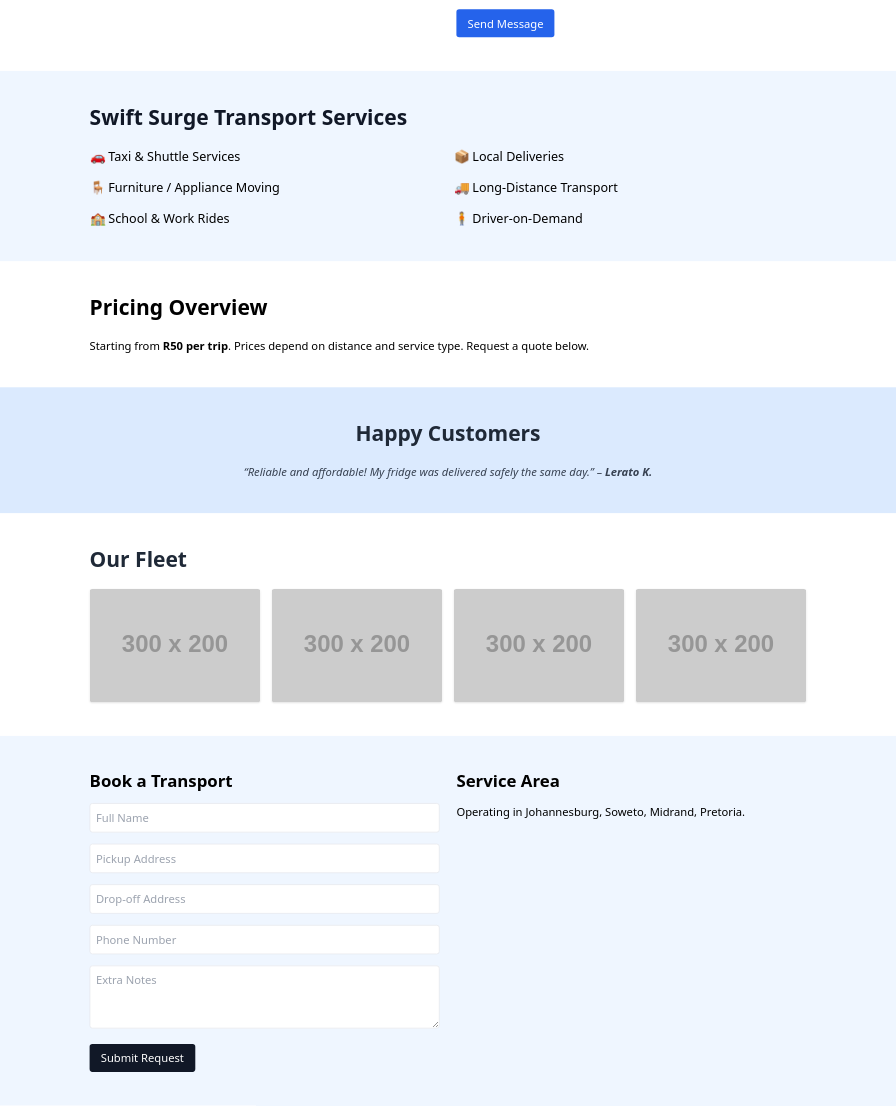
Repository: The-man-of-books/Transport-and-Gym
Page: kkk.html
An editor plug-in stored every save of this project. The page is shown before and after the next save, followed by the edit.
The browser window is 1280 px wide. The pictures show the part of the page from y = 2105 to 4025 px (the page is 3685 px tall before and 4025 px after), at 70% of full size.
Pictures or frames that could not be fetched are drawn as grey boxes. Some web libraries are served in a nearby version.

Above is the page before, as saved 2025-07-14 18:34:04.

After the next save:
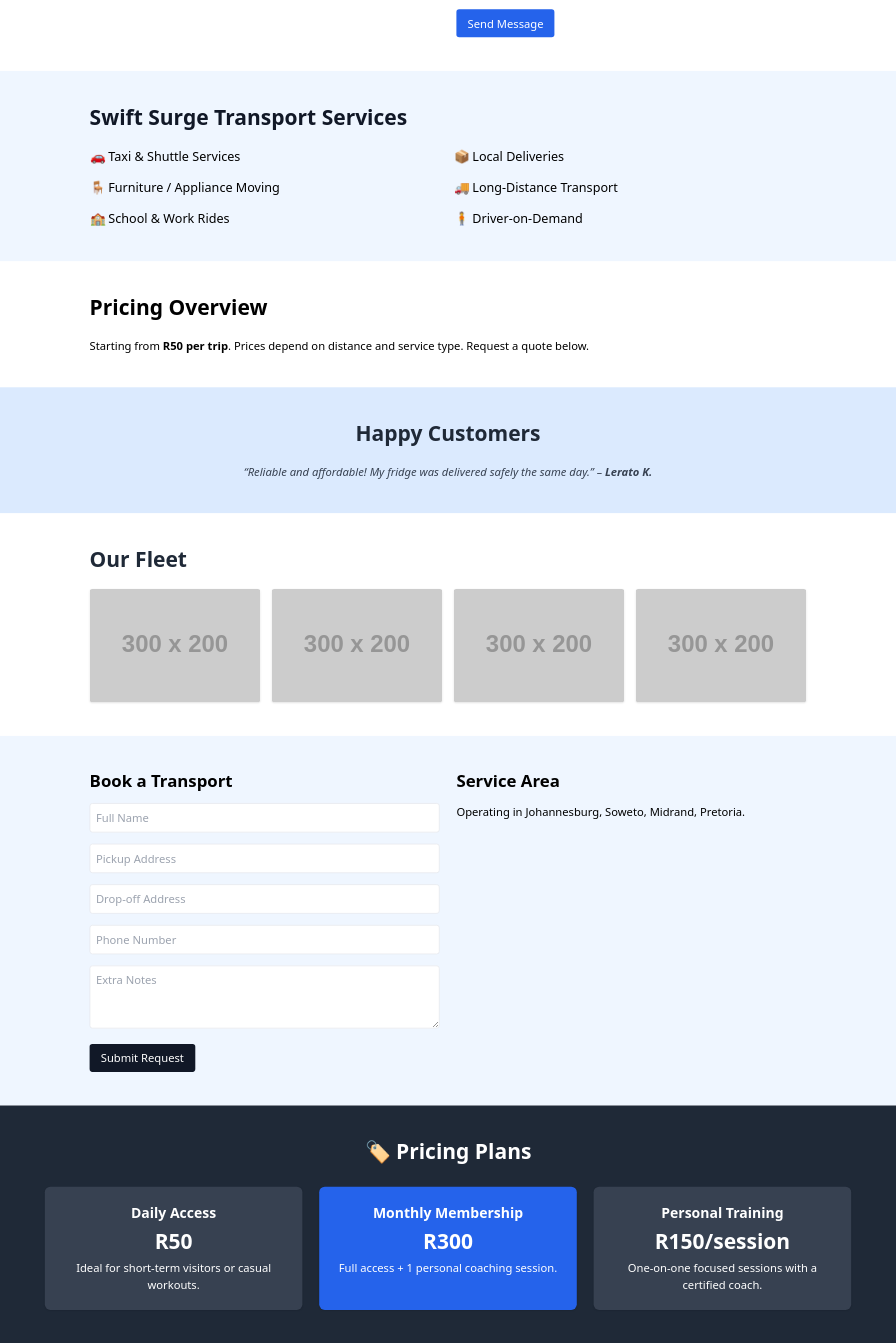
Saved 9 min 11 s later.
--- a/kkk.html
+++ b/kkk.html
@@ -183,6 +183,29 @@
     </div>
   </section>
 
+  <section id="gym-pricing" class="bg-gray-800 text-white py-12 px-6">
+  <div class="max-w-6xl mx-auto">
+    <h2 class="text-3xl font-bold mb-8 text-center">🏷️ Pricing Plans</h2>
+    <div class="grid grid-cols-1 sm:grid-cols-3 gap-6">
+      <div class="bg-gray-700 p-6 rounded-lg shadow text-center">
+        <h3 class="text-xl font-semibold mb-2">Daily Access</h3>
+        <p class="text-3xl font-bold mb-2">R50</p>
+        <p>Ideal for short-term visitors or casual workouts.</p>
+      </div>
+      <div class="bg-blue-600 p-6 rounded-lg shadow text-center">
+        <h3 class="text-xl font-semibold mb-2">Monthly Membership</h3>
+        <p class="text-3xl font-bold mb-2">R300</p>
+        <p>Full access + 1 personal coaching session.</p>
+      </div>
+      <div class="bg-gray-700 p-6 rounded-lg shadow text-center">
+        <h3 class="text-xl font-semibold mb-2">Personal Training</h3>
+        <p class="text-3xl font-bold mb-2">R150/session</p>
+        <p>One-on-one focused sessions with a certified coach.</p>
+      </div>
+    </div>
+  </div>
+</section>
+
   <!-- WhatsApp Floating Button -->
   <a href="https://wa.me/27821234567?text=Hi%20I'm%20interested%20in%20your%20services"
      class="fixed bottom-4 right-4 bg-green-500 text-white p-4 rounded-full shadow-lg hover:bg-green-600 transition"
